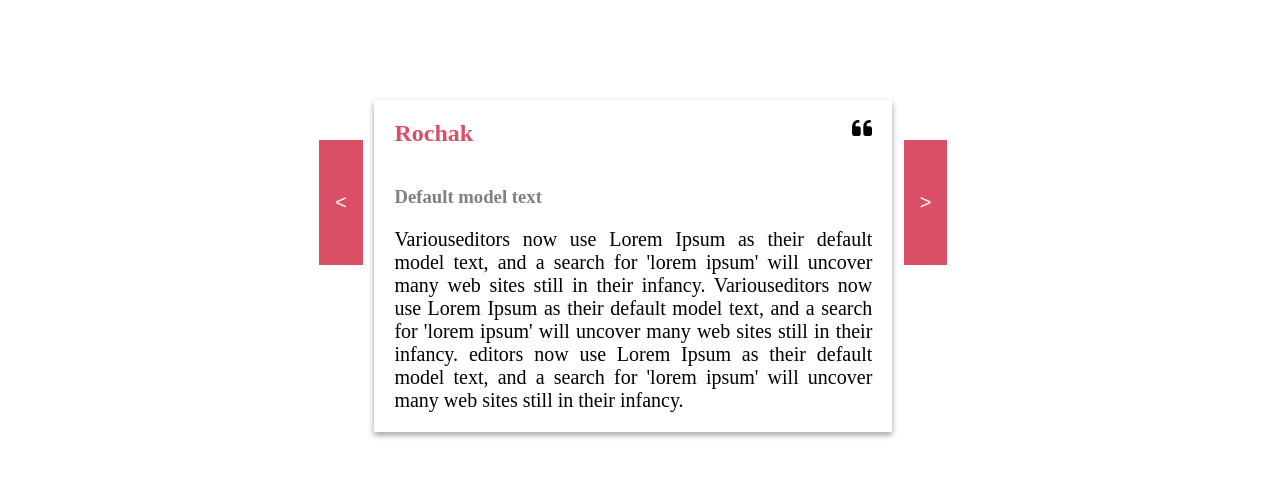
Repository: AVINKUMARP/gifts
Page: demo2.html
An editor plug-in stored every save of this project. The page is shown before and after the next save, followed by the edit.
The browser window is 1280 px wide. The pictures show the whole page.

Above is the page before, as saved 2023-08-24 14:33:40.

After the next save:
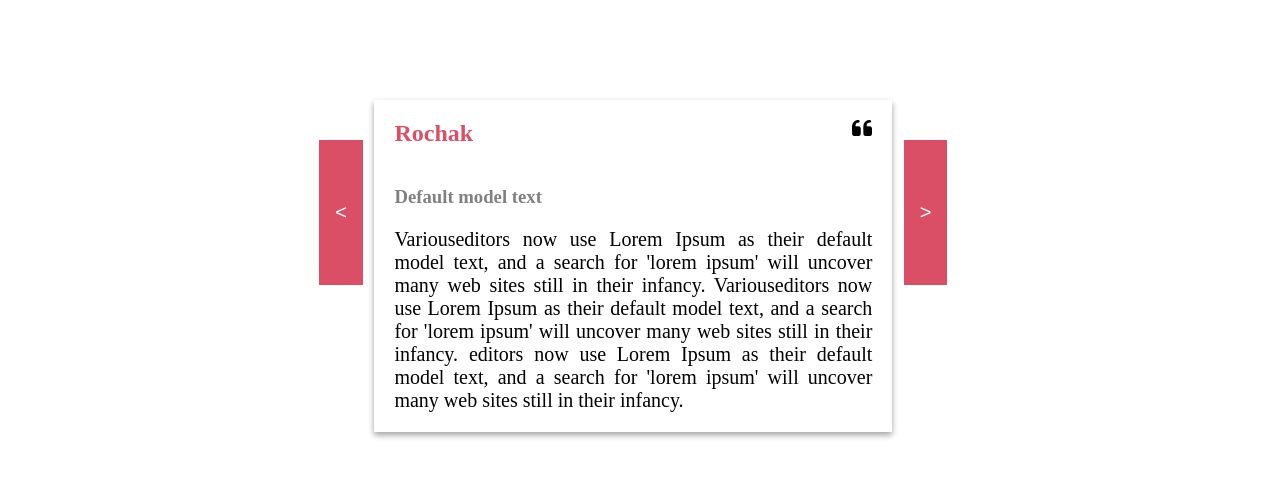
Saved 53 s later.
--- a/demo2.html
+++ b/demo2.html
@@ -36,7 +36,7 @@
             background-color: #db4f66;
             color: white;
             border: 1px solid #db4f66;
-            padding: 50px 15px;
+            padding: 60px 15px;
             font-size: 20px;
         }
 
@@ -48,7 +48,7 @@
             background-color: #db4f66;
             color: white;
             border: 1px solid #db4f66;
-            padding: 50px 15px;
+            padding: 60px 15px;
             font-size: 20px;
         }
 
